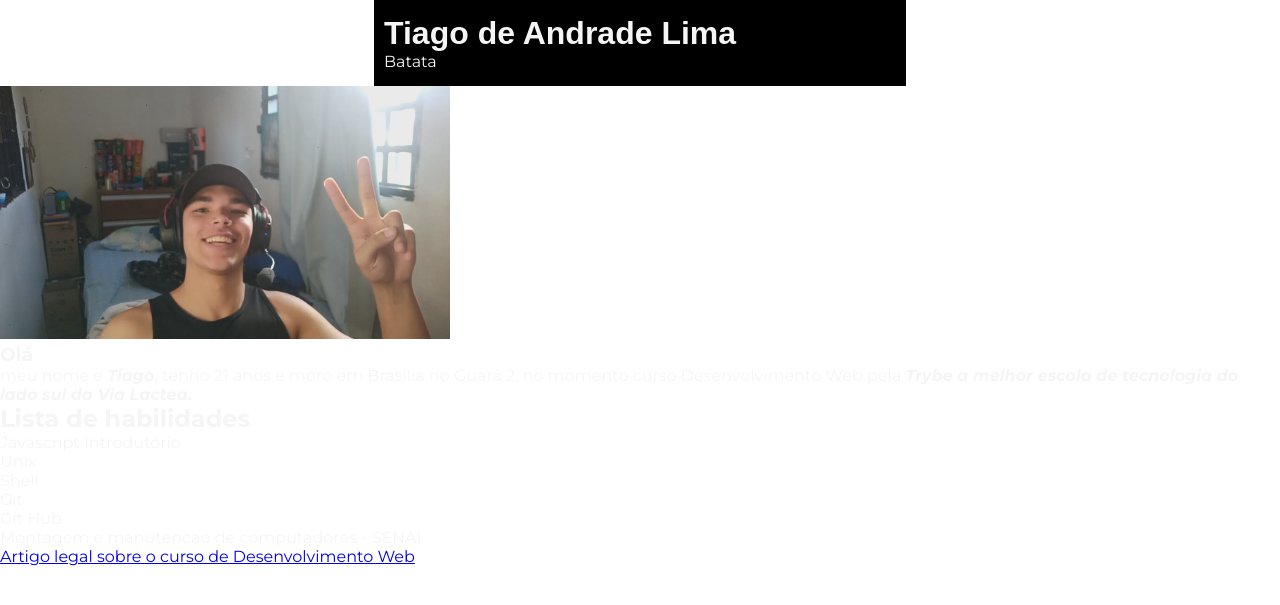
Repository: Batatiago/Batatiago.github.io
Page: index.html
An editor plug-in stored every save of this project. The page is shown before and after the next save, followed by the edit.
The browser window is 1280 px wide. The pictures show the whole page.

Above is the page before, as saved 2023-06-29 10:38:50.

### index.html
<!DOCTYPE html>
<html lang="pt-br">

<head>
  <meta charset="UTF-8">
  <title>Tiago de Andrade Lima</title>
  <link rel="preconnect" href="https://fonts.googleapis.com">
  <link rel="preconnect" href="https://fonts.gstatic.com" crossorigin>
  <link
    href="https://fonts.googleapis.com/css2?family=Montserrat:ital,wght@0,100;0,200;0,300;0,400;0,500;0,600;0,700;0,800;0,900;1,100;1,200;1,300;1,400;1,500;1,600;1,700;1,800;1,900&display=swap"
    rel="stylesheet">
  <link rel="stylesheet" href="style.css">
</head>

<body>
  <div class="">
    <div class="header">
      <h1 class="meuNome"> Tiago de Andrade Lima</h1>
      <p>Batata</p>
    </div>
  </div>
  <div>
    <img src="2023-06-23-160707.jpg" alt="Imagem de Tiago" id="foto" width="450px">
    <h3>Olá</h3>
    <p class="descricao"> meu nome e <strong><em>Tiago</em></strong>, tenho 21 anos e moro em Brasília no Guará 2, no
      momento curso Desenvolvimento
      Web pela <strong><em>Trybe a melhor escola de tecnologia do lado sul da Via Lactea.</em></strong></p>
  </div>
  <div>
    <h2>Lista de habilidades</h2>
    <ul>
      <li class="javascript">Javascript Introdutório</li>
      <li class="unix">Unix</li>
      <li class="shell">Shell</li>
      <li class="git">Git</li>
      <li class="gitHub">Git Hub</li>
      <li>Montagem e manutencao de computadores - SENAI</li>
    </ul>
  </div>
  <a href="https://blog.betrybe.com/carreira/frontend/" target="_blank">Artigo legal sobre o curso de Desenvolvimento
    Web</a>
</body>

</html>

### style.css
* {
    margin: 0;
    padding: 0;
    border: 0;
}

body {
    font-family: 'Montserrat', sans-serif;
    color: whitesmoke;
}

.header-container {
    background-color: black;
}
.header {
    background-color: black;
    text-align: auto;
    padding: 15px 10px;
    width: 40%;
    margin: auto;
}


.meuNome {
    font-family: sans-serif;
}

After the next save:
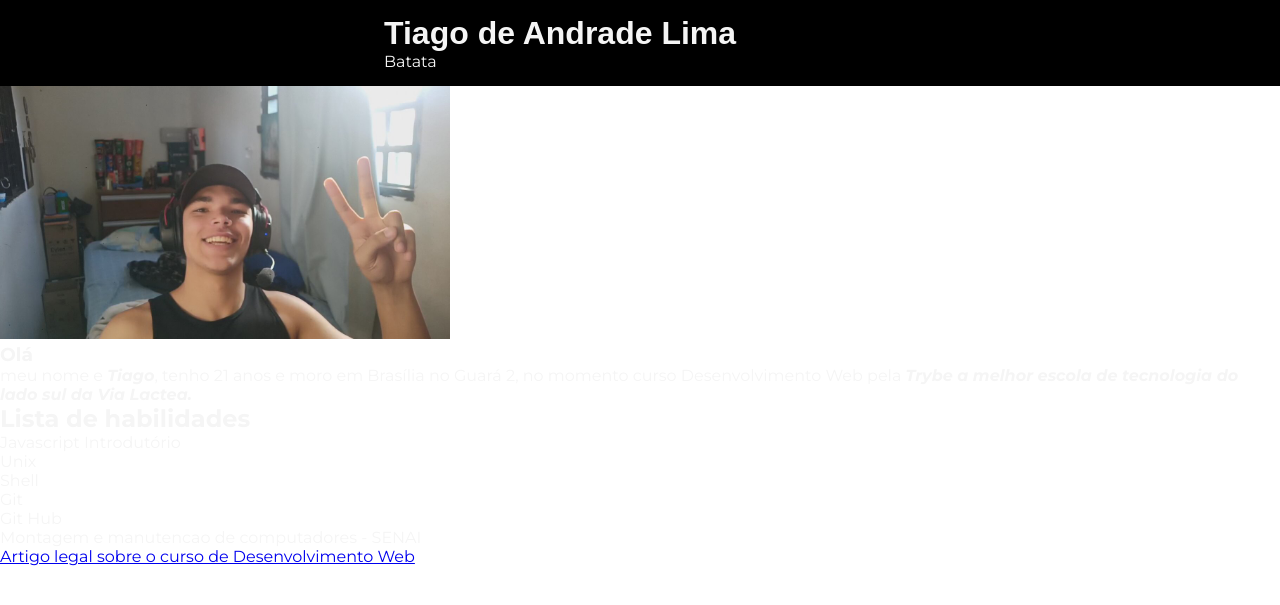
Saved 12 s later.
--- a/index.html
+++ b/index.html
@@ -13,7 +13,7 @@
 </head>
 
 <body>
-  <div class="">
+  <div class="header-container">
     <div class="header">
       <h1 class="meuNome"> Tiago de Andrade Lima</h1>
       <p>Batata</p>
